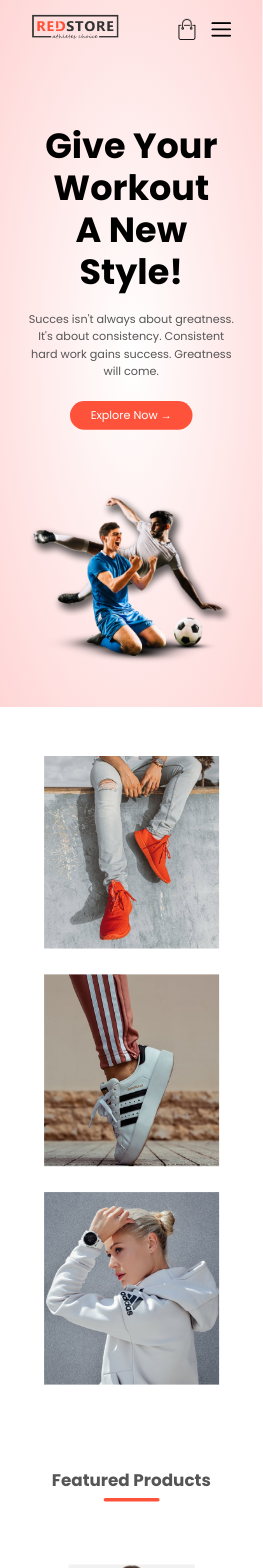
Repository: datvu1608/redsportstore
Page: index.html
An editor plug-in stored every save of this project. The page is shown before and after the next save, followed by the edit.
The browser window is 375 px wide. The pictures show the part of the page from y = 0 to 2240 px (the page is 10530 px tall before and 10574 px after), at 70% of full size.

Above is the page before, as saved 2023-11-23 15:39:39.

### index.html
<!DOCTYPE html>
<html lang="en">
  <head>
    <meta charset="UTF-8" />
    <meta name="viewport" content="width=device-width, initial-scale=1.0" />
    <title>Restore | Ecommerce Website Design</title>
    <link
      href="https://fonts.googleapis.com/css2?family=Poppins:wght@300;400;500;600;700&display=swap"
      rel="stylesheet"
    />
    <link
      rel="stylesheet"
      href="https://cdnjs.cloudflare.com/ajax/libs/font-awesome/6.4.2/css/all.min.css"
    />
    <link rel="stylesheet" href="./styles.css" />
  </head>
  <body>
    <div class="header">
      <div class="container">
        <div class="navbar">
          <div class="logo">
            <img src="./images/logo.png" alt="" width="125px" />
          </div>
          <nav>
            <ul id="MenuItems">
              <li>
                <a href="#">Home</a>
              </li>
              <li>
                <a href="#">Products</a>
              </li>
              <li>
                <a href="#">About</a>
              </li>
              <li>
                <a href="#">Contact</a>
              </li>
              <li>
                <a href="#">Account</a>
              </li>
            </ul>
          </nav>
          <img
            src="./images/cart.png"
            width="30px"
            height="30px"
            alt="cart-icon"
          />
          <img
            src="./images/menu.png"
            class="menu-icon"
            alt=""
            onclick="menuToggle()"
          />
        </div>
        <div class="row">
          <div class="col-2">
            <h1>Give Your Workout <br />A New Style!</h1>
            <p>
              Succes isn't always about greatness. It's about consistency.
              Consistent hard work gains success. Greatness will come.
            </p>
            <a href="" class="btn">Explore Now &#8594;</a>
          </div>
          <div class="col-2">
            <img src="./images/image1.png" alt="" />
          </div>
        </div>
      </div>
    </div>
    <!-- featured categories -->
    <div class="categories">
      <div class="small-container">
        <div class="row">
          <div class="col-3">
            <img src="./images/category-1.jpg" alt="" />
          </div>
          <div class="col-3">
            <img src="./images/category-2.jpg" alt="" />
          </div>
          <div class="col-3">
            <img src="./images/category-3.jpg" alt="" />
          </div>
        </div>
      </div>
    </div>
    <!-- featured-products -->
    <div class="small-container">
      <h2 class="title">Featured Products</h2>
      <div class="row">
        <div class="col-4">
          <img src="./images/product-1.jpg" alt="" />
          <h4>Red Printed T-Shirt</h4>
          <div class="rating">
            <i class="fa-solid fa-star"></i>
            <i class="fa-solid fa-star"></i>
            <i class="fa-solid fa-star"></i>
            <i class="fa-solid fa-star"></i>
            <i class="fa-regular fa-star"></i>
          </div>
          <p>$50.00</p>
        </div>
        <div class="col-4">
          <img src="./images/product-2.jpg" alt="" />
          <h4>Red Printed T-Shirt</h4>
          <div class="rating">
            <i class="fa-solid fa-star"></i>
            <i class="fa-solid fa-star"></i>
            <i class="fa-solid fa-star"></i>
            <i class="fa-solid fa-star"></i>
            <i class="fa-regular fa-star"></i>
          </div>
          <p>$50.00</p>
        </div>
        <div class="col-4">
          <img src="./images/product-3.jpg" alt="" />
          <h4>Red Printed T-Shirt</h4>
          <div class="rating">
            <i class="fa-solid fa-star"></i>
            <i class="fa-solid fa-star"></i>
            <i class="fa-solid fa-star"></i>
            <i class="fa-solid fa-star"></i>
            <i class="fa-solid fa-star-half-stroke"></i>
          </div>
          <p>$50.00</p>
        </div>
        <div class="col-4">
          <img src="./images/product-4.jpg" alt="" />
          <h4>Red Printed T-Shirt</h4>
          <div class="rating">
            <i class="fa-solid fa-star"></i>
            <i class="fa-solid fa-star"></i>
            <i class="fa-solid fa-star"></i>
            <i class="fa-solid fa-star"></i>
            <i class="fa-solid fa-star-half-stroke"></i>
          </div>
          <p>$50.00</p>
        </div>
      </div>
      <h2 class="title">Lates Products</h2>
      <div class="row">
        <div class="col-4">
          <img src="./images/product-5.jpg" alt="" />
          <h4>Red Printed T-Shirt</h4>
          <div class="rating">
            <i class="fa-solid fa-star"></i>
            <i class="fa-solid fa-star"></i>
            <i class="fa-solid fa-star"></i>
            <i class="fa-solid fa-star"></i>
            <i class="fa-regular fa-star"></i>
          </div>
          <p>$50.00</p>
        </div>
        <div class="col-4">
          <img src="./images/product-6.jpg" alt="" />
          <h4>Red Printed T-Shirt</h4>
          <div class="rating">
            <i class="fa-solid fa-star"></i>
            <i class="fa-solid fa-star"></i>
            <i class="fa-solid fa-star"></i>
            <i class="fa-solid fa-star"></i>
            <i class="fa-regular fa-star"></i>
          </div>
          <p>$50.00</p>
        </div>
        <div class="col-4">
          <img src="./images/product-7.jpg" alt="" />
          <h4>Red Printed T-Shirt</h4>
          <div class="rating">
            <i class="fa-solid fa-star"></i>
            <i class="fa-solid fa-star"></i>
            <i class="fa-solid fa-star"></i>
            <i class="fa-solid fa-star"></i>
            <i class="fa-solid fa-star-half-stroke"></i>
          </div>
          <p>$50.00</p>
        </div>
        <div class="col-4">
          <img src="./images/product-8.jpg" alt="" />
          <h4>Red Printed T-Shirt</h4>
          <div class="rating">
            <i class="fa-solid fa-star"></i>
            <i class="fa-solid fa-star"></i>
            <i class="fa-solid fa-star"></i>
            <i class="fa-solid fa-star"></i>
            <i class="fa-solid fa-star-half-stroke"></i>
          </div>
          <p>$50.00</p>
        </div>
        <div class="col-4">
          <img src="./images/product-9.jpg" alt="" />
          <h4>Red Printed T-Shirt</h4>
          <div class="rating">
            <i class="fa-solid fa-star"></i>
            <i class="fa-solid fa-star"></i>
            <i class="fa-solid fa-star"></i>
            <i class="fa-solid fa-star"></i>
            <i class="fa-solid fa-star-half-stroke"></i>
          </div>
          <p>$50.00</p>
        </div>
        <div class="col-4">
          <img src="./images/product-10.jpg" alt="" />
          <h4>Red Printed T-Shirt</h4>
          <div class="rating">
            <i class="fa-solid fa-star"></i>
            <i class="fa-solid fa-star"></i>
            <i class="fa-solid fa-star"></i>
            <i class="fa-solid fa-star"></i>
            <i class="fa-solid fa-star-half-stroke"></i>
          </div>
          <p>$50.00</p>
        </div>
        <div class="col-4">
          <img src="./images/product-11.jpg" alt="" />
          <h4>Red Printed T-Shirt</h4>
          <div class="rating">
            <i class="fa-solid fa-star"></i>
            <i class="fa-solid fa-star"></i>
            <i class="fa-solid fa-star"></i>
            <i class="fa-solid fa-star"></i>
            <i class="fa-solid fa-star-half-stroke"></i>
          </div>
          <p>$50.00</p>
        </div>
        <div class="col-4">
          <img src="./images/product-12.jpg" alt="" />
          <h4>Red Printed T-Shirt</h4>
          <div class="rating">
            <i class="fa-solid fa-star"></i>
            <i class="fa-solid fa-star"></i>
            <i class="fa-solid fa-star"></i>
            <i class="fa-solid fa-star"></i>
            <i class="fa-solid fa-star-half-stroke"></i>
          </div>
          <p>$50.00</p>
        </div>
      </div>
    </div>
    <!-- offer -->
    <div class="offer">
      <div class="small-container">
        <div class="row">
          <div class="col-2">
            <img src="./images/exclusive.png" class="offer-img" alt="" />
          </div>
          <div class="col-2">
            <p>Exclusively Avaiable on Redstore</p>
            <h1>Smart Band 4</h1>
            <small
              >The Mi Smart Band 4 features a 39.9% larger (than Mi Band 3)
              AMOLED color full-touch display with adjustable brightness, so
              everything is clear as can be.
            </small>
            <a href="#" class="btn">Buy Now &#8594;</a>
          </div>
        </div>
      </div>
    </div>
    <!-- testimonial -->
    <div class="testimonial">
      <div class="small-container">
        <div class="row">
          <div class="col-3">
            <i class="fa-solid fa-quote-left"></i>
            <p>
              Lorem ipsum dolor sit amet, consectetur adipisicing elit. Tempore
              adipisci, temporibus harum sunt accusamus repudiandae, veritatis
              repellat ratione maiores eius id soluta. Aliquam dolor odit
              voluptas, quo labore explicabo fuga!
            </p>
            <div class="rating">
              <i class="fa-solid fa-star"></i>
              <i class="fa-solid fa-star"></i>
              <i class="fa-solid fa-star"></i>
              <i class="fa-solid fa-star"></i>
              <i class="fa-solid fa-star-half-stroke"></i>
            </div>
            <img src="./images/user-1.png" alt="" />
            <h3>Sean Park</h3>
          </div>
          <div class="col-3">
            <i class="fa-solid fa-quote-left"></i>
            <p>
              Lorem ipsum dolor sit amet, consectetur adipisicing elit. Tempore
              adipisci, temporibus harum sunt accusamus repudiandae, veritatis
              repellat ratione maiores eius id soluta. Aliquam dolor odit
              voluptas, quo labore explicabo fuga!
            </p>
            <div class="rating">
              <i class="fa-solid fa-star"></i>
              <i class="fa-solid fa-star"></i>
              <i class="fa-solid fa-star"></i>
              <i class="fa-solid fa-star"></i>
              <i class="fa-solid fa-star-half-stroke"></i>
            </div>
            <img src="./images/user-2.png" alt="" />
            <h3>Mike Smith</h3>
          </div>
          <div class="col-3">
            <i class="fa-solid fa-quote-left"></i>
            <p>
              Lorem ipsum dolor sit amet, consectetur adipisicing elit. Tempore
              adipisci, temporibus harum sunt accusamus repudiandae, veritatis
              repellat ratione maiores eius id soluta. Aliquam dolor odit
              voluptas, quo labore explicabo fuga!
            </p>
            <div class="rating">
              <i class="fa-solid fa-star"></i>
              <i class="fa-solid fa-star"></i>
              <i class="fa-solid fa-star"></i>
              <i class="fa-solid fa-star"></i>
              <i class="fa-solid fa-star-half-stroke"></i>
            </div>
            <img src="./images/user-3.png" alt="" />
            <h3>Mabel Joe</h3>
          </div>
        </div>
      </div>
    </div>
    <!-- brands -->
    <div class="brands">
      <div class="small-container">
        <div class="row">
          <div class="col-5">
            <img src="./images/logo-godrej.png" alt="" />
          </div>
          <div class="col-5">
            <img src="./images/logo-oppo.png" alt="" />
          </div>
          <div class="col-5">
            <img src="./images/logo-coca-cola.png" alt="" />
          </div>
          <div class="col-5">
            <img src="./images/logo-paypal.png" alt="" />
          </div>
          <div class="col-5">
            <img src="./images/logo-philips.png" alt="" />
          </div>
        </div>
      </div>
    </div>
    <!-- footer -->
    <div class="footer">
      <div class="container">
        <div class="row">
          <div class="footer-col-1">
            <h3>Download Our App</h3>
            <p>Download App for Android for iOS mobile phone</p>
            <div class="app-logo">
              <img src="./images/play-store.png" alt="" />
              <img src="./images/app-store.png" alt="" />
            </div>
          </div>
          <div class="footer-col-2">
            <img src="./images/logo-white.png" alt="" />
            <p>
              Our purpose is to sustainably make the pleasure and benefits offer
              sports accessible to the many
            </p>
          </div>
          <div class="footer-col-3">
            <h3>Usefull Links</h3>
            <ul>
              <li>Coupons</li>
              <li>Blog Post</li>
              <li>Return Policy</li>
              <li>Join Affiliate</li>
            </ul>
          </div>
          <div class="footer-col-4">
            <h3>Follow Us</h3>
            <ul>
              <li>Facebook</li>
              <li>Twitter</li>
              <li>Instagram</li>
              <li>Youtube</li>
            </ul>
          </div>
        </div>
        <hr />
        <p class="copyright">Copy right 2023 - Easy Tutorials</p>
      </div>
    </div>

    <!-- scripts -->
    <script>
      var MenuItems = document.getElementById('MenuItems');
      MenuItems.style.maxHeight = '0px';
      function menuToggle() {
        if (MenuItems.style.maxHeight == '0px') {
          MenuItems.style.maxHeight = '200px';
        } else {
          MenuItems.style.maxHeight = '0px';
        }
      }
    </script>
  </body>
</html>

### styles.css
* {
  margin: 0;
  padding: 0;
  box-sizing: border-box;
}
body {
  font-family: 'Poppins', sans-serif;
}
a {
  text-decoration: none;
}
.navbar {
  display: flex;
  align-items: center;
  padding: 20px;
}
nav {
  flex: 1;
  text-align: right;
}
nav ul {
  display: inline-block;
  list-style-type: none;
}
nav ul li {
  display: inline-block;
  margin-right: 20px;
}
nav ul li a {
  text-decoration: none;
  color: #555;
}

p {
  color: #555;
}
.container {
  max-width: 1300px;
  margin: auto;
  padding-left: 25px;
  padding-right: 25px;
}
.row {
  display: flex;
  align-items: center;
  flex-wrap: wrap;
  justify-content: space-around;
}
.col-2 {
  flex-basis: 50%;
  min-width: 300px;
}
.col-2 img {
  max-width: 100%;
  padding: 50px 0;
}
.col-2 h1 {
  font-size: 50px;
  line-height: 60px;
  margin: 25px 0;
}
.btn {
  display: inline-block;
  background: #ff523b;
  border-radius: 30px;
  color: #fff;
  padding: 8px 30px;
  margin: 30px 0;
  transition: 0.5s;
}
.btn:hover {
  background: #563434;
}
.header {
  background: radial-gradient(#fff, #ffd6d6);
}
.header .row {
  margin-top: 70px;
}

.categories {
  margin: 70px 0;
}
.col-3 {
  flex-basis: 30%;
  min-width: 250px;
  margin-bottom: 30px;
}
.col-3 img {
  width: 100%;
}
.small-container {
  max-width: 1080px;
  margin: auto;
  padding-left: 25px;
  padding-right: 25px;
}
.col-4 {
  flex-basis: 25%;
  padding: 10px;
  min-width: 200px;
  margin-bottom: 50px;
  transition: 0.5s;
}
.col-4 img {
  width: 100%;
}

.title {
  text-align: center;
  margin: 0 auto 80px;
  position: relative;
  line-height: 60px;
  color: #555;
}
.title::after {
  content: '';
  background: #ff523b;
  width: 80px;
  height: 5px;
  position: absolute;
  border-radius: 5px;
  bottom: 0;
  left: 50%;
  transform: translateX(-50%);
}
h4 {
  color: #555;
  font-weight: normal;
}
.col-4 p {
  font-size: 14px;
}
.rating .fa-star,
.fa-star-half-stroke {
  color: #ff523b;
}

.col-4:hover {
  transform: translateY(-10px);
}
.offer {
  background: radial-gradient(#fff, #ffd6d6);
  margin-top: 80px;
  padding: 30px 0;
}
.col-2 .offer-img {
  padding: 50px;
}
small {
  color: #555;
  display: block;
}

/* Testimonial */
.testimonial {
  padding-top: 100px;
}
.testimonial .col-3 {
  text-align: center;
  padding: 40px 20px;
  box-shadow: 0 0 20px 0px rgba(0, 0, 0, 0.1);
  cursor: pointer;
  transition: transform 0.5s;
}
.testimonial .col-3 img {
  width: 50px;
  margin-top: 20px;
  border-radius: 50%;
}
.testimonial .col-3:hover {
  transform: translateY(-10px);
}
.fa-solid.fa-quote-left {
  font-size: 34px;
  color: #ff523b;
}
.col-3 p {
  font-size: 12px;
  margin: 12px 0;
  color: #777;
}
.testimonial .col-3 h3 {
  font-weight: 600;
  color: #555;
  font-size: 16px;
}
/* brands */
.brands {
  margin: 100px auto;
}
.col-5 {
  width: 160px;
}
.col-5 img {
  width: 100%;
  cursor: pointer;
  filter: grayscale(100%);
}
.col-5 img:hover {
  filter: grayscale(0);
}

/* footer */
.footer {
  background: #000;
  color: #8a8a8a;
  font-size: 14px;
  padding: 60px 0 20px;
}
.footer p {
  color: #8a8a8a;
}
.footer h3 {
  color: #fff;
  margin-bottom: 20px;
}
.footer-col-1,
.footer-col-2,
.footer-col-3,
.footer-col-4 {
  min-width: 250px;
  margin-bottom: 20px;
}
.footer-col-1 {
  flex-basis: 30%;
}
.footer-col-2 {
  flex: 1;
  text-align: center;
}
.footer-col-2 img {
  width: 180px;
  margin-bottom: 20px;
}
.footer-col-3,
.footer-col-4 {
  flex-basis: 12%;
  text-align: center;
}
ul {
  list-style-type: none;
}
.app-logo {
  margin-top: 20px;
}
.app-logo img {
  width: 140px;
}
.footer hr {
  border: none;
  background: #b5b5b5;
  height: 1px;
  margin: 20px 0;
}
.copyright {
  text-align: center;
}
.menu-icon {
  width: 28px;
  margin-left: 20px;
  display: none;
}

/* media query for menu */
@media only screen and (max-width: 800px) {
  nav ul {
    position: absolute;
    top: 70px;
    left: 0;
    background: #333;
    width: 100%;
    overflow: hidden;
    transition: max-height 0.5s;
  }
  nav ul li {
    display: block;
    margin-right: 50px;
    margin-top: 10px;
    margin-bottom: 10px;
  }
  nav ul li a {
    color: #fff;
  }
  .menu-icon {
    display: block;
    cursor: pointer;
  }
}
@media only screen and (max-width: 600px) {
  .row {
    text-align: center;
  }
  .col-2, .col-3 {
    d
  }
}

After the next save:
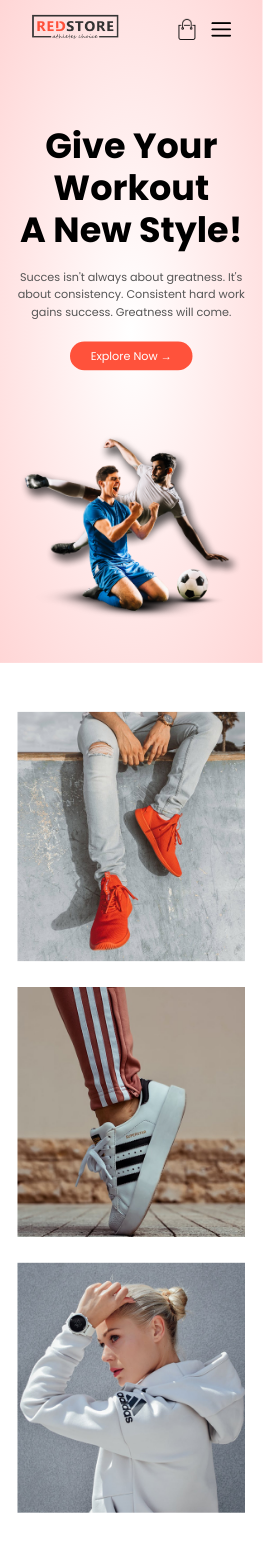
Saved 10 s later.
--- a/styles.css
+++ b/styles.css
@@ -291,7 +291,8 @@
   .row {
     text-align: center;
   }
-  .col-2, .col-3 {
-    d
-  }
-}
+  .col-2,
+  .col-3 {
+    flex-basis: 100%;
+  }
+}
